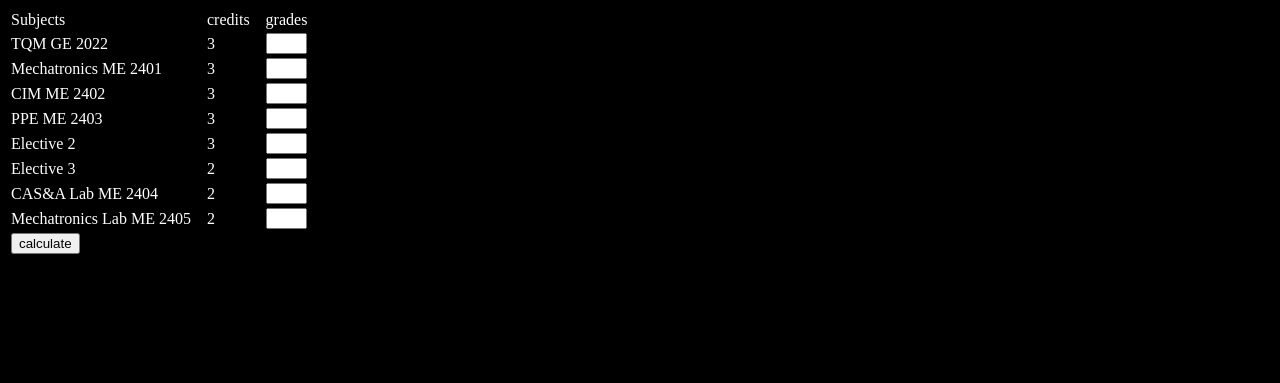
Repository: vigineshs/Mobile-Applications
Page: AnnaUniv GPA Calc/AnnaUniv GPA Calculator Updated/assets/www/mec08sem7.html
The author's editor kept a copy of each file at every save. The page is drawn from the files as they stood at one save, then again after the next save.
The browser window is 1280 px wide. The pictures show the whole page.

Above is the page before, as saved 2012-05-08 12:43:13.

After the next save:
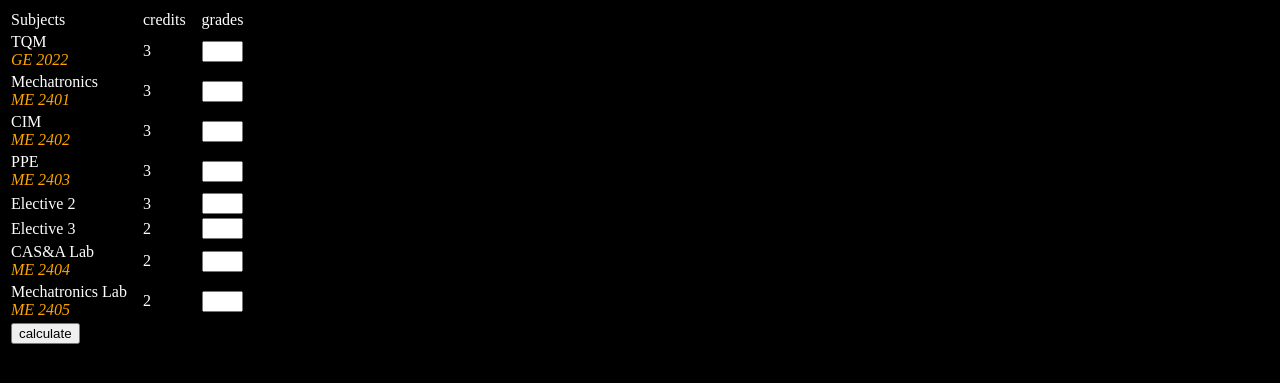
Saved 10 s later.
--- a/AnnaUniv GPA Calc/AnnaUniv GPA Calculator Updated/assets/www/mec08sem7.html
+++ b/AnnaUniv GPA Calc/AnnaUniv GPA Calculator Updated/assets/www/mec08sem7.html
@@ -195,14 +195,14 @@ window.alert(g);
 <table>
 <tr><td>Subjects</td><td>&nbsp;&nbsp;&nbsp;credits</td><td>&nbsp;&nbsp;&nbsp;grades</td>
 <tr>
-<td>TQM GE 2022</td><td>&nbsp;&nbsp;&nbsp;3</td> <td>&nbsp;&nbsp;&nbsp;<input type="text" size="2" name="t1" /></td></tr>
-<tr><td>Mechatronics ME 2401</td><td>&nbsp;&nbsp;&nbsp;3</td> <td>&nbsp;&nbsp;&nbsp;<input type="text" size="2" name="t2" /></td></tr>
-<tr><td>CIM ME 2402</td> <td>&nbsp;&nbsp;&nbsp;3</td><td>&nbsp;&nbsp;&nbsp;<input type="text" size="2" name="t3" /></td></tr>
-<tr><td>PPE ME 2403</td><td>&nbsp;&nbsp;&nbsp;3</td> <td>&nbsp;&nbsp;&nbsp;<input type="text" size="2" name="t4" /></td></tr>
+<td>TQM <br /><i style="color:orange">GE 2022</td><td>&nbsp;&nbsp;&nbsp;3</td> <td>&nbsp;&nbsp;&nbsp;<input type="text" size="2" name="t1" /></td></tr>
+<tr><td>Mechatronics <br /><i style="color:orange">ME 2401</td><td>&nbsp;&nbsp;&nbsp;3</td> <td>&nbsp;&nbsp;&nbsp;<input type="text" size="2" name="t2" /></td></tr>
+<tr><td>CIM <br /><i style="color:orange">ME 2402</td> <td>&nbsp;&nbsp;&nbsp;3</td><td>&nbsp;&nbsp;&nbsp;<input type="text" size="2" name="t3" /></td></tr>
+<tr><td>PPE <br /><i style="color:orange">ME 2403</td><td>&nbsp;&nbsp;&nbsp;3</td> <td>&nbsp;&nbsp;&nbsp;<input type="text" size="2" name="t4" /></td></tr>
 <tr><td>Elective 2</td> <td>&nbsp;&nbsp;&nbsp;3</td><td>&nbsp;&nbsp;&nbsp;<input type="text" size="2" name="t5" /></td></tr>
 <tr><td>Elective 3</td><td>&nbsp;&nbsp;&nbsp;2</td> <td>&nbsp;&nbsp;&nbsp;<input type="text" size="2" name="t6" /></td></tr>
-<tr><td>CAS&A Lab ME 2404</td><td>&nbsp;&nbsp;&nbsp;2</td> <td>&nbsp;&nbsp;&nbsp;<input type="text" size="2" name="t7" /></td></tr>
-<tr><td>Mechatronics Lab ME 2405</td><td>&nbsp;&nbsp;&nbsp;2</td> <td>&nbsp;&nbsp;&nbsp;<input type="text" size="2" name="t8" /></td></tr>
+<tr><td>CAS&A Lab <br /><i style="color:orange">ME 2404</td><td>&nbsp;&nbsp;&nbsp;2</td> <td>&nbsp;&nbsp;&nbsp;<input type="text" size="2" name="t7" /></td></tr>
+<tr><td>Mechatronics Lab <br /><i style="color:orange">ME 2405</td><td>&nbsp;&nbsp;&nbsp;2</td> <td>&nbsp;&nbsp;&nbsp;<input type="text" size="2" name="t8" /></td></tr>
 <tr colspan="2"><td><input type="submit" onclick="f();" value="calculate" /></td></tr>
 
 </table>
